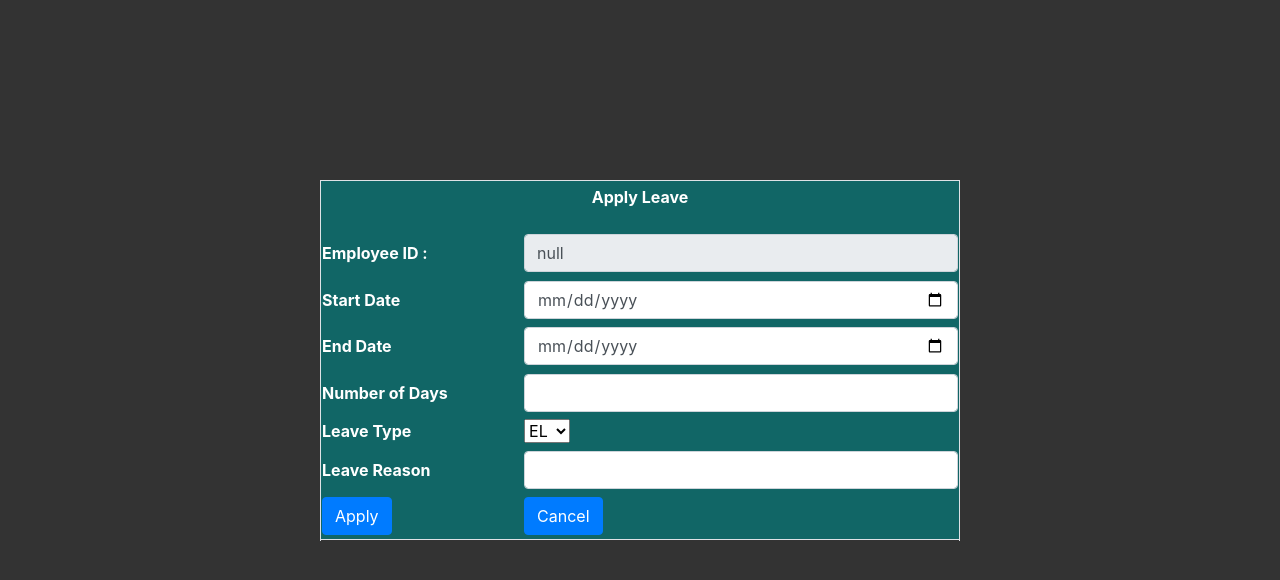
Repository: rkmr039/EMS_PROJECT
Page: http://localhost/EMS/ApplyLeaves.jsp
The author's editor kept a copy of each file at every save. The page is drawn from the files as they stood at one save, then again after the next save.
The browser window is 1280 px wide. The pictures show the whole page.
The page is served by Tomcat 9. Other server files are loaded and not shown.

Above is the page before, as saved 2019-08-30 11:39:22.
Console error: TypeError: Cannot read properties of undefined (reading 'fn')

### EMS/WebContent/ApplyLeaves.jsp
<%@page import="com.hcl.ems.LeaveTypes"%>
<%@page import="java.text.DateFormat"%>
<%@page import="java.text.SimpleDateFormat"%>
<%@page import="java.util.Date"%>
<%@ page language="java" contentType="text/html; charset=ISO-8859-1"
    pageEncoding="ISO-8859-1"%>
<!DOCTYPE html PUBLIC "-//W3C//DTD HTML 4.01 Transitional//EN" "http://www.w3.org/TR/html4/loose.dtd">
<html>
<head>
<link rel="stylesheet" href="https://stackpath.bootstrapcdn.com/bootstrap/4.3.1/css/bootstrap.min.css" integrity="sha384-ggOyR0iXCbMQv3Xipma34MD+dH/1fQ784/j6cY/iJTQUOhcWr7x9JvoRxT2MZw1T" crossorigin="anonymous">
<script src="https://stackpath.bootstrapcdn.com/bootstrap/4.3.1/js/bootstrap.min.js" integrity="sha384-JjSmVgyd0p3pXB1rRibZUAYoIIy6OrQ6VrjIEaFf/nJGzIxFDsf4x0xIM+B07jRM" crossorigin="anonymous"></script>
<script >
function setEndDate(e){
	 var eDate = e.target.value;
	 eDateInput.min = eDate;
	}
function setNoDays(e){
	var d1 = eDateInput.value;
	var date1 = new Date(d1);
	var d2 = sDateInput.value;
	var date2 = new Date(d2);
	   var oneDay = 24 * 60 * 60 * 1000; // hours*minutes*seconds*milliseconds
       var diffDays = Math.abs((date1.getTime() - date2.getTime()) / (oneDay));
       // alert(diffDays);
      document.getElementById("noDays").value = diffDays+1;
}
</script>
<style>
body {
    background:#333;
}
#mainDiv{
	color:white;
	background-color:#166;
	top:0;
	bottom:0;
	right:0;
	left:0;
	margin:auto;
	position:absolute;
}
</style>
<meta http-equiv="Content-Type" content="text/html; charset=ISO-8859-1">
<title>Apply leave | EMS</title>
</head>
<body>





	<form method="get" action="Apply.jsp">

	<table class="container border rounded w-50 h-50" id="mainDiv">
	<div class="row ">
		<tr style="text-align:center">
			<th colspan="2"><p id="page">Apply Leave</p></th>
		</tr>
		<tr class="form-froup">
			<th>Employee ID :<th>
			<input type="text" readonly="readonly" class="form-control" value=<%=session.getAttribute("EMP_ID") %> name="empId"/>
		</tr>
	<%
		Date d = new Date();
		SimpleDateFormat sdf=new SimpleDateFormat("yyyy-MM-dd");
		String sDate = sdf.format(d);

	%>
		<tr class="form-froup">
			<th >Start Date</th>
			<td>
				<input type='date' name="startDate" class="form-control" id="sDateInput" min=<%=sDate%> required onchange="setEndDate(event);" />
            </td>
		</tr>
		<tr class="form-froup">
			<th>End Date</th>
			<td>
				<input type='date' name="endDate" class="form-control" id="eDateInput" required onchange="setNoDays(event);" />
            </td>
		</tr>

		<tr class="form-froup">
			<th>Number of Days</th>
			<td>
				<input type="text" name="noDays" class="form-control" id="noDays" required/>
			</td>
		</tr>
		<tr class="form-froup">

			<th>Leave Type</th>
			<td>
				<select name="type">
					<%
						int len = LeaveTypes.values().length;
						LeaveTypes[] ls = LeaveTypes.values();
						for(LeaveTypes type: ls) {
							out.println("<option class='form-control'>" + type.toString()+"</option>");
						}
					%>
				</select>
			</td>
		</tr>
		<tr class="form-froup">
			<th>Leave Reason</th>
			<td>
				<input type="text" class="form-control" name="reason"/ required>
			</td>
		</tr>
		<tr  >
			<td><input class="btn btn-primary" type="submit" value="Apply" name="apply"/></td>
			<td><input class="btn btn-primary" type="reset" onClick="javascript:window.location.href='dashboard.jsp'" value="Cancel" name="cancel"/></td>
		</tr>
		<tr>
		</tr>

		</tr>
		</div>
	</table>
	</form>

<script src="https://code.jquery.com/jquery-3.3.1.slim.min.js" integrity="sha384-q8i/X+965DzO0rT7abK41JStQIAqVgRVzpbzo5smXKp4YfRvH+8abtTE1Pi6jizo" crossorigin="anonymous"></script>
<script src="https://cdnjs.cloudflare.com/ajax/libs/popper.js/1.14.7/umd/popper.min.js" integrity="sha384-UO2eT0CpHqdSJQ6hJty5KVphtPhzWj9WO1clHTMGa3JDZwrnQq4sF86dIHNDz0W1" crossorigin="anonymous"></script>

</body>
</html>

### EMS/src/com/hcl/ems/LeaveTypes.java
package com.hcl.ems;

public enum LeaveTypes {
	EL,RH,CH
}

After the next save:
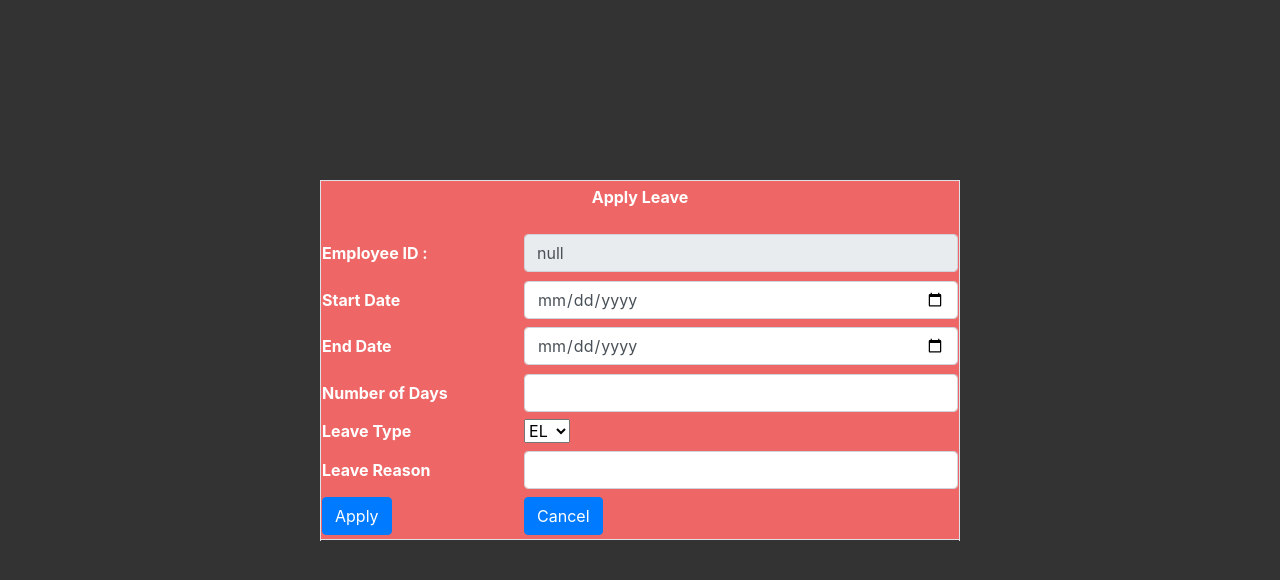
Saved 10 s later.
--- a/EMS/WebContent/ApplyLeaves.jsp
+++ b/EMS/WebContent/ApplyLeaves.jsp
@@ -31,7 +31,7 @@ body {
 }
 #mainDiv{
 	color:white;
-	background-color:#166;
+	background-color:#E66;
 	top:0;
 	bottom:0;
 	right:0;
